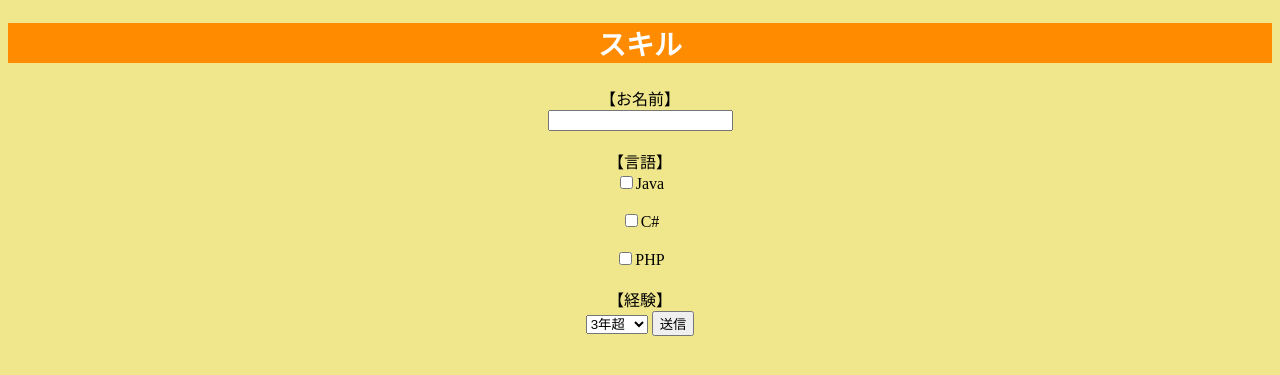
Repository: kazuya-arita/practice-eclipse
Page: JavaWebEx0801/src/main/webapp/input.html
The author's editor kept a copy of each file at every save. The page is drawn from the files as they stood at one save, then again after the next save.
The browser window is 1280 px wide. The pictures show the whole page.

Above is the page before, as saved 2024-05-26 06:38:47.

After the next save:
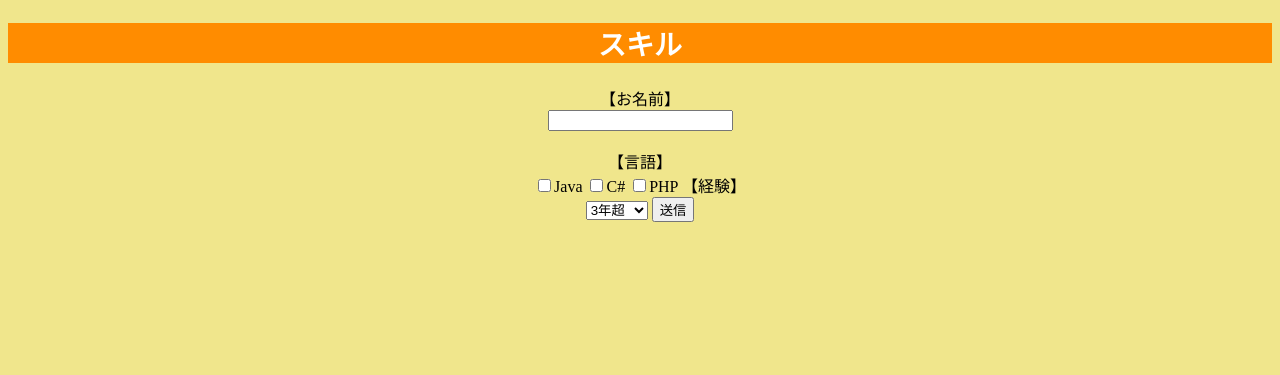
Saved 29 s later.
--- a/JavaWebEx0801/src/main/webapp/input.html
+++ b/JavaWebEx0801/src/main/webapp/input.html
@@ -12,9 +12,9 @@
 		<input type="text" name="name" required><br><br>
 
 		<label>【言語】</label><br>
-		<input type="checkbox" name="verbal" value="Java">Java<br><br>
-		<input type="checkbox" name="verbal" value="C#">C#<br><br>
-		<input type="checkbox" name="verbal" value="PHP">PHP<br><br>
+		<input type="checkbox" name="verbal" value="Java">Java
+		<input type="checkbox" name="verbal" value="C#">C#
+		<input type="checkbox" name="verbal" value="PHP">PHP
 
 		<label>【経験】</label><br>
 		<select name="experience">
